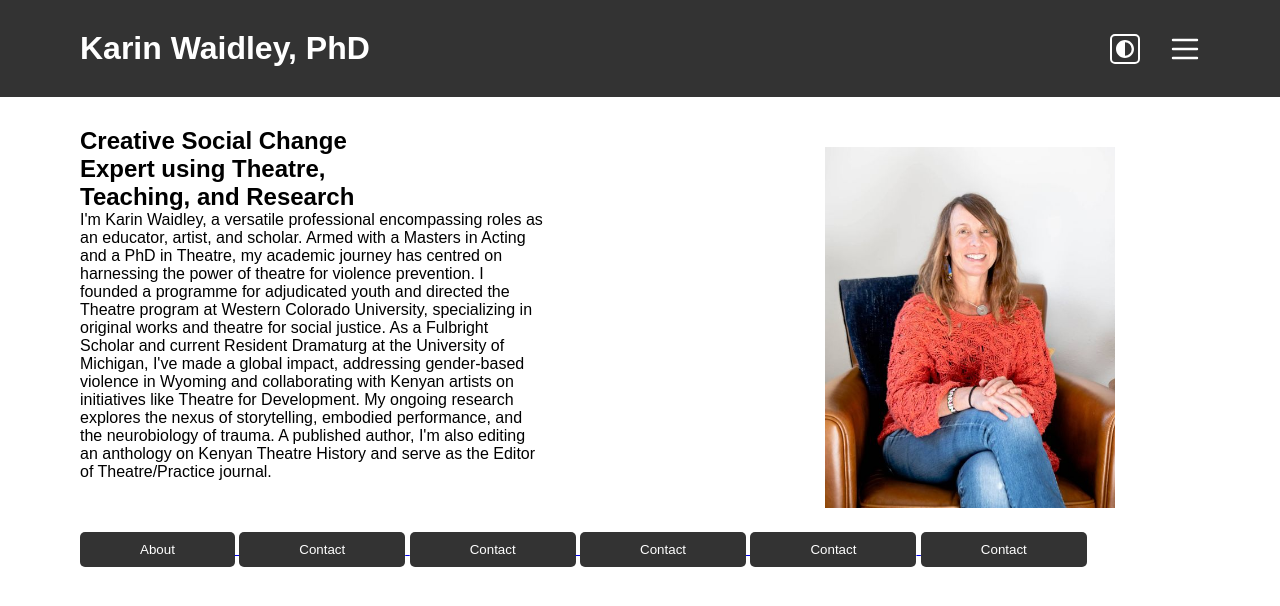
Repository: Ceasor7/Karin
Page: index.html
An editor plug-in stored every save of this project. The page is shown before and after the next save, followed by the edit.
The browser window is 1280 px wide. The pictures show the whole page.

Above is the page before, as saved 2023-12-14 17:46:00.

After the next save:
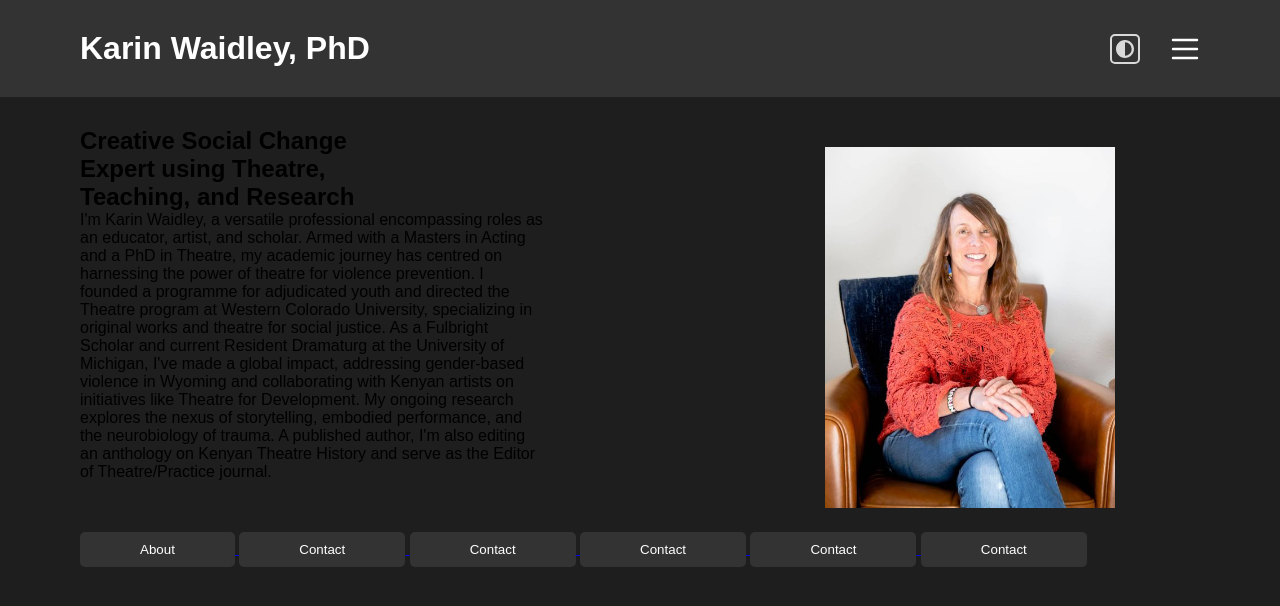
Saved 63 s later.
--- a/index.html
+++ b/index.html
@@ -6,6 +6,37 @@
     <meta name="viewport" content="width=device-width, initial-scale=1.0">
     <title>Karin Waidley, PhD | Home</title>
     <style>
+        ::-webkit-scrollbar {
+            width: .8em;
+            border-radius: .3rem;
+            background-color: hsl(0, 0%, 65%);
+        }
+
+        ::-webkit-scrollbar-thumb {
+            border-radius: .3rem;
+            background-color: hsl(0, 0%, 55%);
+        }
+
+        ::-webkit-scrollbar-thumb:hover {
+            background-color: hsl(0, 0%, 45%);
+        }
+
+        /* Global styles */
+        body {
+            font-family: Arial, sans-serif;
+            background-color: var(--primary-color);
+        }
+
+        :root {
+            --primary-color: #1E1E1E;
+            --secondary-color: #D9D9D9;
+        }
+
+        .darkmode {
+            --primary-color: #D9D9D9;
+            --secondary-color: #1E1E1E;
+        }
+
         /* Resetting some default styles for better consistency */
         body,
         h1,
